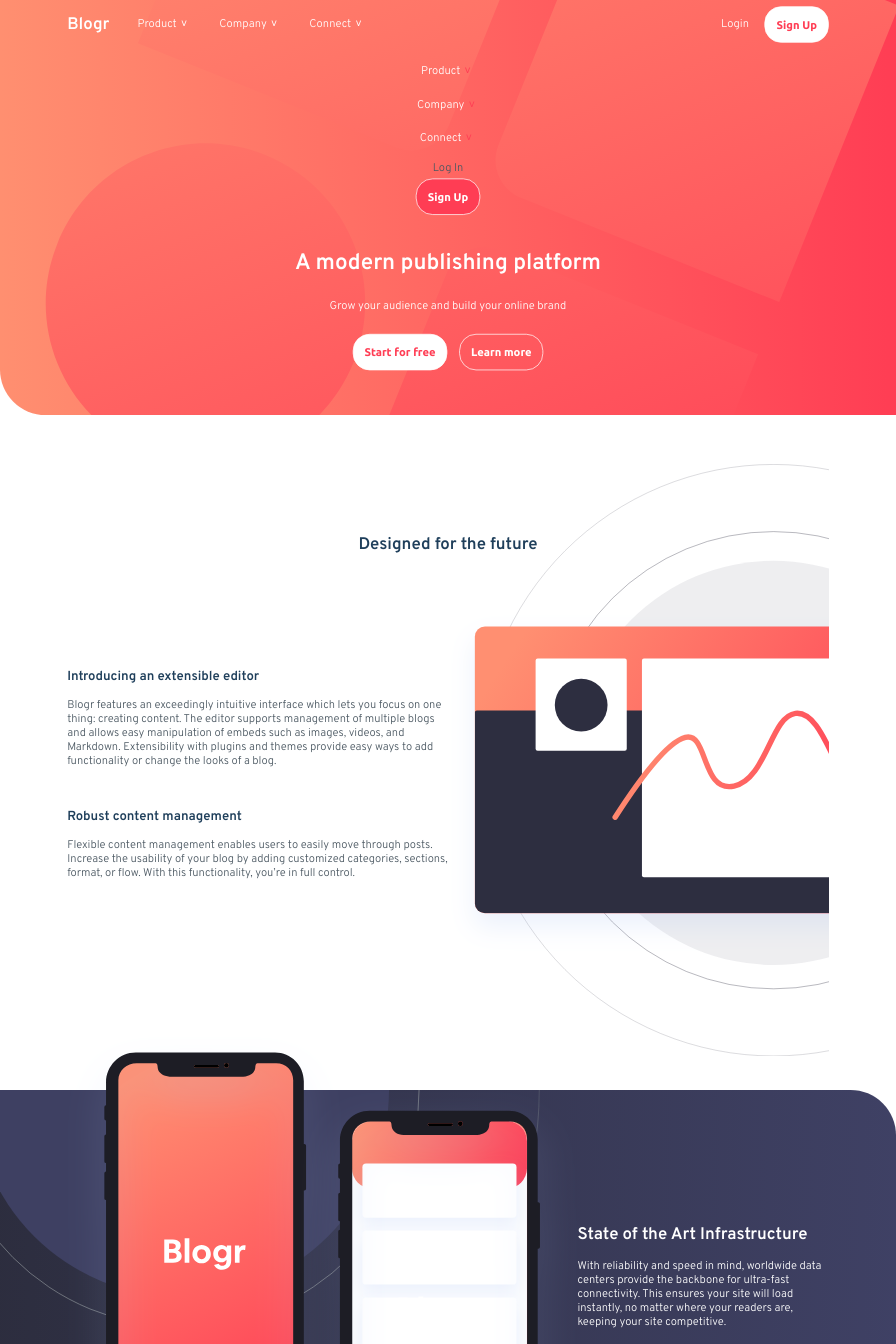
Repository: Ejiro-Oke/Blogr
Page: blogr.html
The author's editor kept a copy of each file at every save. The page is drawn from the files as they stood at one save, then again after the next save.
The browser window is 1280 px wide. The pictures show the part of the page from y = 0 to 1920 px (the page is 3355 px tall before and 3102 px after), at 70% of full size.

Above is the page before, as saved 2021-04-17 00:12:36.

### blogr.html
<!DOCTYPE html>
<html lang="en">
    <head>
        <meta charset="UTF-8">
        <meta name="viewport" content="width=device-width, initial-scale=1">
        <meta name="author" content="Ejiro Oke">
        <title>Blogr</title>
        <link rel="stylesheet" href="blogr.css">
        <link rel="preconnect" href="https://fonts.gstatic.com">
        <link href="https://fonts.googleapis.com/css2?family=Overpass:wght@300;600&display=swap" rel="stylesheet">
        <!-- <link rel="preconnect" href="https://fonts.gstatic.com"> -->
        <link href="https://fonts.googleapis.com/css2?family=Ubuntu:ital,wght@0,500;0,700;1,400&display=swap" rel="stylesheet">
    </head>

    <body>
    <header id="cropped">
        <div class="container container-flex" id="nav-bar">
            <nav>
            <div id="left-nav">
                <h2 class="site-title">Blogr</h2>

            <ul class="top-navbar">
                <li  id="content-trigger"><a href="#">Product</a><p class="arrow top-arrow p-arrow"> ˅</p></li>
                <div class=" drop-top">
                    <ol class="dropdown-content ">
                    <li><a href="#">Overview</a></li>
                    <li><a href="#">Pricing</a></li>
                    <li><a href="#">Marketplace</a></li>
                    <li><a href="#">Features</a></li>
                    <li><a href="#">Integrations</a></li>
                    </ol>
                </div>
            </ul>

            <ul class="top-navbar">

                <li id="content-trigger"><a href="#">Company</a><span class="arrow top-arrow c-arrow"> ˅</span></li>
                <div class=" drop-top">
                    <ol class="dropdown-content">
                    <li><a href="#">About</a></li>
                    <li><a href="#">Team</a></li>
                    <li><a href="#">Blog</a></li>
                    <li><a href="#">Careers</a></li>
                    </ol>
                </div>
            </ul>

            <ul class="top-navbar">
                <li  id="content-trigger"><a href="#">Connect</a><span class="arrow top-arrow con-arrow"> ˅</span></li>
                <div class=" drop-top">
                    <ol class="dropdown-content ">
                    <li><a href="#">Contact</a></li>
                    <li><a href="#">Newsletter</a></li>
                    <li><a href="#">LinkedIn</a></li>
                    </ol>
                </div>
            </ul>
        </div> <!---close left-nav-->

            <div class="top-navbar" id="right-nav">
                <ul>
                <li><a href="#">Login</a></li>
                </ul>
                <button href="#"  >Sign Up</button>
            </div>


            <ol class="dropbtn">
            <li class="alt-nav" ></li>
            <li class="alt-nav"></li>
            <li class="alt-nav"></li>
            </ol>

                </div>

            </nav>

<div class="modal"
        <div class= "container drop-down-menu">
            <ol>
            <li class="product-drop" id="dropdown-trigger">Product<span class="arrow p-arrow"> ˅</span> </li>
            <div class="product-content kon">
                <ol class="dropdown-content">
                <li><a href="#">Overview</a></li>
                <li><a href="#">Pricing</a></li>
                <li><a href="#">Marketplace</a></li>
                <li><a href="#">Features</a></li>
                <li><a href="#">Integrations</a></li>
                </ol>
            </div>
            </ol>
            <ol>
            <li class="company-drop" id="dropdown-trigger">Company<span class="arrow c-arrow"> ˅</span></li>
            <div class="company-content kon">
                <ol class="dropdown-content">
                <li><a href="#">About</a></li>
                <li><a href="#">Team</a></li>
                <li><a href="#">Blog</a></li>
                <li><a href="#">Careers</a></li>
                </ol>
            </div>
            </ol>

            <ol>
            <li class="connect-drop" id="dropdown-trigger"   >Connect<span class="arrow con-arrow"> ˅</span></li>
            <div class="connect-content kon">
                <ol class="dropdown-content">
                <li><a href="#">Contact</a></li>
                <li><a href="#">Newsletter</a></li>
                <li><a href="#">LinkedIn</a></li>
                </ol>
            </div>
            </ol>

            <div class="dropdown-btns">
                <ol>
            <li><a href="#">Log In</a> </li>
            <li><button class="red-btn">Sign Up</button></li>
                </ol>
        </div>
    </div>
    </div> <!---close container flex/ nav-bar-->
</div>
        <div class="container hero">
            <h1>A modern publishing platform</h1>
            <p>Grow your audience and build your online brand</p>
            <button>Start for free</button> <button class="clear-btn">Learn more</button>
        </div>

    </header>

<div class="container container-flex">
    <main role="main">
<h2 class="hero2">Designed for the future</h2>
<div class="columns left">
    <div class="col col-left content">
        <h3>Introducing an extensible editor</h3>
        <p>Blogr features an exceedingly intuitive interface which lets you focus on one thing: creating content. The editor
        supports management of multiple blogs and allows easy manipulation of embeds such as images, videos, and Markdown.
        Extensibility with plugins and themes provide easy ways to add functionality or change the looks of a blog.</p>

        <h3>Robust content management</h3>
        <p>Flexible content management enables users to easily move through posts.
            Increase the usability of your blog by adding customized categories, sections, format, or flow. With this functionality,
            you’re in full control.</p>
    </div><!---close col-left-->

        <img src="images/illustration-editor-desktop.svg" class="col col-right" id="col-image">
</div><!---close columns-->
</div> <!----close container-flex-->


    <div id="col-banner" id="cropped">
    <div class="container container-flex" id="cropped" >
    <div class="columns">
            <img src="images/illustration-phones.svg" class="col col-left">
        <div class="col col-right content" id="col-blue">
    <h2>State of the Art Infrastructure</h2>
    <p>With reliability and speed in mind, worldwide data centers provide the backbone for ultra-fast connectivity.
        This ensures your site will load instantly, no matter where your readers are, keeping your site competitive. </p>
        </div>
</div> <!---close columns-->
</div><!---close container-flex-->
    </div>


<div class="container container-flex">
<div class="columns">
        <img src="images/illustration-laptop-desktop.svg" class="col col-left" id="col-image">

<div class=" col col-right content">
    <h3> Free, open, simple</h3>
    <p>Blogr is a free and open source application backed by a large community of helpful developers.
        It supports features such as code syntax highlighting, RSS feeds, social media integration, third-party commenting tools, and works seamlessly with Google Analytics.
        The architecture is clean and is relatively easy to learn. Powerful tooling Batteries included.
        We built a simple and straightforward CLI tool that makes customization and deployment a breeze, but capable of producing even the most complicated sites</p>
        <h3>Powerful tooling</h3>
        <p> We built a simple and straightforward CLI tool that makes customization and deployment a breeze,
            but capable of producing even the most complicated sites. </p>
</div> <!---col-right-->
</div><!---close columns-->


</main>
</div>

    <footer>
        <div class="container container-flex" id="nav-bar">
            <nav class="bottom-nav">
            <div class="footer">
                <h1 class="logo">Blogr</h1>
                <p class="signoff">Challenge by <a href="https://www.frontendmentor.io/solutions" class="ext">Frontend Mentor</a>. Coded by <a href="https://github.com/Ejiro-Oke" class="ext">Ejiro Oke</a>.</p>
        </div> <!---close left-nav-->

            <div id="footer-nav">
                <ul>
                    <li><h3>Product</h3></li>
                    <li><a href="#">Overview</a></li>
                    <li><a href="#">Pricing</a></li>
                    <li><a href="#">Marketplace</a></li>
                    <li><a href="#">Features</a></li>
                    <li><a href="#">Integrations</a></li>
                </ul>


                <ul>
                    <li><h3>Company</h3></li>
                    <li><a href="#">About</a></li>
                    <li><a href="#">Team</a></li>
                    <li><a href="#">Blog</a></li>
                    <li><a href="#">Careers</a></li>
                </ul>

                <ul>
                    <li><h3>Connect</h3></li>
                    <li><a href="#">Contact</a></li>
                    <li><a href="#">Newsletter</a></li>
                    <li><a href="#">LinkedIn</a></li>
                </ul>
            </div>
            </nav>

        </div> <!---close container flex/ nav-bar-->

    </footer>
    </body>
    <script src="blogr.js"></script>

</html>

### blogr.css
body, html {
    margin: 0 auto;
    padding: 0;
    font-size: 16px;
    font-family: 'Overpass', sans-serif;
    color: hsl(207, 13%, 34%);
}

img {
    max-width: 100%;
    display: block;

}

h1, h2, h3, button, .drop-down-menu{
    font-weight: 600;
}
    .hero2, .col>h3{
    color: hsl(208, 49%, 24%);
}

h2.hero2{
    text-align: center;
    position: relative;
    top: 150px;
}

.col>h3{
    padding-top: 2em;

}

.container {
    width: 85%;
    max-width: 1440px;
    margin:0 auto;
}

ul {
    list-style: none;
    display: flex;
    flex-direction: row;
}
.top-navbar {
    display: flex;
    justify-content: space-between;
}
.top-navbar li{
    margin: auto auto;
}
#bottom-nav li{
margin: .6em 1em;
}
#right-nav a{
    margin-right: 1em;
}
.arrow{
    display: inline-block;
    color: hsl(353, 100%, 62%);
    font-size: 15px;
    padding: .2em .2em;
    margin: .2em .2em;
    transition: all 0.4s ease;
    cursor: pointer;

}

/* #test{
    color: red;
    transform: rotate(180deg);
} */


/* .arrow-down{
    transform: rotate(0deg);
    transition: all 0.4s ease;

}
.arrow.open{
    transform: rotate(180deg);
    transition: transform 1s linear;
} */

a, .top-arrow {
    text-decoration: none;
    color: hsl(0, 0%, 100%);
}

button{
margin: auto .4em;
font-family: 'Ubuntu', sans-serif;
background-color:  hsl(0, 0%, 100%);
color: hsl(353, 100%, 62%);
border-radius:24px;
border:1px solid hsl(0, 0%, 100%);
padding: 1em 1em;
font-size: 16px;
font-weight: 700;
cursor: pointer;
}
#right-nav button{
    margin-right: 0;
}
button:hover,
button:focus{
transform: scale(1.1);
margin: 0 .6em;
cursor: pointer;
}

#inline:hover,
#inline:focus{
  padding: .7em .9em;
  cursor: pointer;
}

a:hover,
a:focus{
    font-weight: 600;
    cursor: pointer;
}

ol:hover,
ol:focus{
    /* transform: scale(1.1); */
    cursor: pointer;
}

.clear-btn{
background-color:transparent;
border:1px solid hsl(0, 0%, 100%) ;
color: hsl(0, 0%, 100%);
}

.red-btn{
    background-color: hsl(353, 100%, 62%);
    color: hsl(0, 0%, 100%);

}
nav{
    align-items: center;
    display: flex;
    justify-content: space-between;

}
#left-nav{
    display: flex;
    justify-content: flex-start;
    width: 50%;
}


#right-nav {

    display: flex;
    justify-content: flex-end;
    width: 50%;
}
.alt-nav{
  width: 25px;
  height: 2px;
  background-color: hsl(0, 0%, 100%);
  display: none;
}
.dropbbtn{
    display: none;
}
.drop-down-menu{
    display: none;
    padding: 10px 10px;
    max-width: 310px;
    width: 80%;
    position:absolute;
    left: 0;
    right: 0;
    z-index: 1;
    background-color: hsl(0, 0%, 100%);
    list-style: none;
    color: hsl(207, 13%, 34%);
    box-shadow: 0px 8px 16px 0px hsl(0, 1%, 29%);
    border-radius: 4px 4px;
}
.dropdown-content{
    margin: 0 .8em;
    padding: .5em 0;
    list-style: none;
    background-color: hsl(0, 10%, 92%);
    border-radius: 4px 4px;
}

.product-content, .company-content, .connect-content{
    display: none;
}

.kon
{
    display: none ;
}
.dropdown-content a,
.dropdown-btns a{
    color: hsl(207, 13%, 34%);
    padding: 1em o;
}
.dropdown-content li, .drop-down-menu li{
    padding: .5em 0;
}

/* .dropdown-btn{
    border-top: solid 1px hsl(0, 10%, 92%);
} */

ol{
    padding-left: 0;
/* border: red 2px solid; */
}

#content-trigger{
    position: relative;
  /* display: inline-block; */
}

#content-trigger:hover .arrow
{transform: rotate(180deg);}
#dropdown-trigger:hover .arrow
{transform: rotate(180deg)}
.drop-top {
  display: none;
  position:absolute;
  background-color: hsl(0, 0%, 100%);
  width: 112px;
  box-shadow: 0px 8px 16px 0px rgba(0,0,0,0.2);
  z-index: 1;
  margin: 3em auto;
  border-radius: 4px 4px;

  }


ol> li{
    margin: .3em 1em;
    list-style: none;
}
.bottom-nav{
    justify-content: center;
}
#footer-nav{
    display: flex;
}
#footer-nav ul{
    flex-direction: column;
}

.logo{
    font-size: 80px;
    margin-bottom: 0;
}
.signoff{
    font-size: 12px;
}
.ext {
    text-decoration: underline;
    font-weight: 300;
    color: rgb(66, 66, 243);
}

.hero,
.hero p
{
    padding: 1em 0;
    text-align: center;
    line-height: 1;
}

header {
    font-family: 'Overpass', sans-serif;
    font-weight: 300;
    margin: 0 auto;
    padding-bottom: 3em;
    color:  hsl(0, 0%, 100%);
    background-image:
     url('images/bg-pattern-intro.svg'),
     linear-gradient(to right, hsl(13, 100%, 72%), hsl(353, 100%, 62%));
    background-position:
   center 51%,
    center;
    background-repeat: no-repeat;
    background-size:
    1840px,
    cover;
    border-bottom-left-radius: 65px;
    text-align: center;

}

#col-banner {
    max-height: 32em;
    font-family: 'Overpass', sans-serif;
    margin: 3em 0;
    color:  hsl(0, 0%, 100%);
    background-image:
     url('images/bg-pattern-circles.svg'),
     linear-gradient(to right, hsl(237, 17%, 21%), hsl(237, 23%, 32%));
    background-position:
    bottom left -99%,
    center;
    background-repeat: no-repeat;
    background-size:
    80%,
    cover;
    border-top-right-radius: 65px;
    padding: 0;
}


footer {
    font-family: 'Overpass', sans-serif;
    font-weight: 300;
    margin: 0 auto;
    padding: 3em 0;
    margin-top: 3em;
    color:  hsl(0, 0%, 100%);
    background-color: hsl(240, 19%, 10%);
    border-bottom-left-radius: 65px;
    text-align: center;
    color: hsl(240, 2%, 79%);
}


.columns {
    display: flex;
    justify-content: space-between;
}

.col {
    width: 50%;
}

.content{
    padding: 14.75em 0;

}

.col-left{
    order: -1;
    /* margin-right: 20%; */
}
.col-right{
order: 2;
}

#col-blue{
    position: relative;
    margin-top: -4em;
}
#col-image{
    /* order: -2; */
    max-height: 65em;
    object-fit:cover;
}

.col-right#col-image{
    object-position:left ;

}

.col-left#col-image{
    object-position: right;
}

#cropped {
    /* max-width: 50%; width of container */
 /* max-height: 58em;     */
    overflow-y: visible;
    height: fit-content;

}

#cropped img {
    margin-top: -80px;
    margin-left: -10;
    width: 69em;
}

@media only screen and (min-width: 320px) and (max-width: 767px) {
    header, #col-banner {
        padding-top: 2em;
        /* height: 58em; */
        max-height: 58em ;
        overflow-y: visible;
    }
    .hero{
        padding-top: 3em;
    }
    h3{
        font-size: 24px;
    }
    h2{
        font-size: 32px;
    }
    .hero2{
        font-size: 24px;
    }
    .columns{
    flex-direction: column;
    flex: 1;
    align-items: center;
    margin: 3em 0;
}

.col {
   width: 95%;
    max-width: 760px;
    justify-content: center;
    text-align: center;
    padding: .5em 1em;
    margin: 0;
    align-items: center;
}
.content{
    padding-top: 0;
    padding-bottom: 0;
    margin-bottom: 5em;
    margin-top: 0;
}
.left{
    flex-direction: column-reverse;
}

.hero2{
    position:static !important;
    padding-top: 2em;
}
    nav{
        display: flex;
        justify-content: space-between;
    }
    #left-nav{
        margin: .6em;
     }
     .top-navbar, #right-nav{
         display: none;
     }
     .alt-nav{
         display: block;
     }
    header {
        text-align: center;
        min-height: 494px;
    }
    #cropped img {
        position: static;
        width: 95%;
        margin-top: -245px;
        padding: 0;
    }
    #col-banner {
        margin-top: 7em;
        border-bottom-left-radius: 65px;
        height: auto;
    }
    #col-blue{
        margin-top: .1em;
    }

    .columns>img{
        padding-bottom: 0;
        margin-bottom: 0;
        width: 95%;
        }

        footer{
            border-top-right-radius: 65px;

        }

        #footer-nav ul {
                padding-left: 0;
                margin: 1em auto;
        }

    #footer-nav li{
        margin: .3em .1em;
        /* border: red 2px solid; */
        margin-left: 0;

    }

    #footer-nav{
        display: block;
    }

    .bottom-nav{
        display: block;
        justify-content: center;
         /* border: red 2px solid; */
        }
    }

Loaded but not shown: blogr.js (220 lines, source omitted)

After the next save:
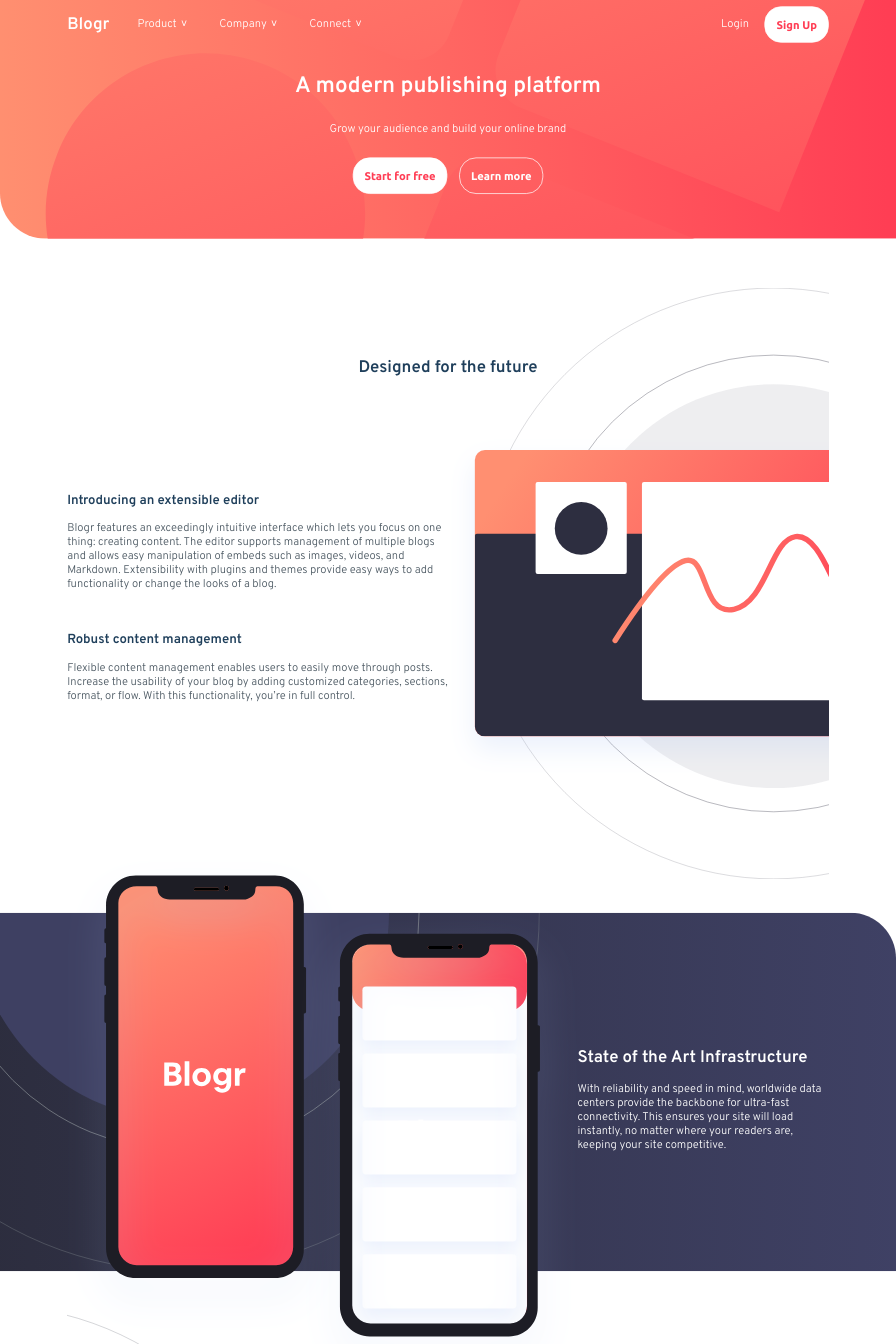
Saved 22 s later.
--- a/blogr.html
+++ b/blogr.html
@@ -75,7 +75,7 @@
 
             </nav>
 
-<div class="modal"
+
         <div class= "container drop-down-menu">
             <ol>
             <li class="product-drop" id="dropdown-trigger">Product<span class="arrow p-arrow"> ˅</span> </li>
@@ -120,7 +120,7 @@
         </div>
     </div>
     </div> <!---close container flex/ nav-bar-->
-</div>
+
         <div class="container hero">
             <h1>A modern publishing platform</h1>
             <p>Grow your audience and build your online brand</p>
